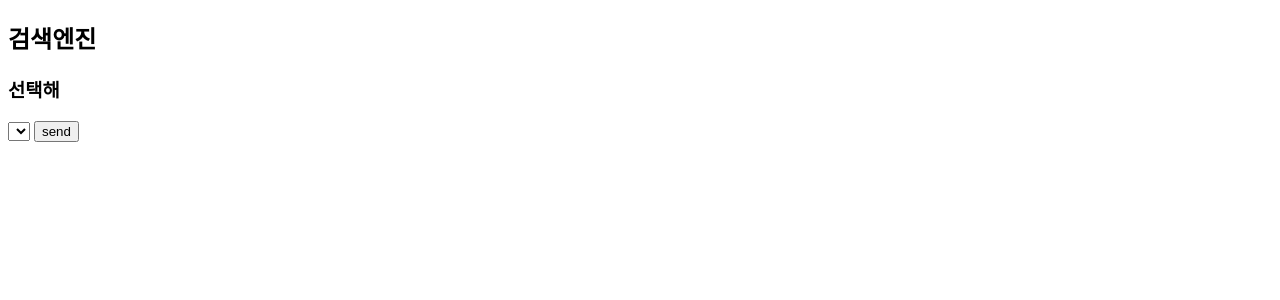
Repository: supremehappy/JSP_test02
Page: http://localhost/test/JSP_Test_04_01.jsp
The author's editor kept a copy of each file at every save. The page is drawn from the files as they stood at one save, then again after the next save.
The browser window is 1280 px wide. The pictures show the whole page.
The page is served by Tomcat 9.

Above is the page before, as saved 2017-07-17 05:06:49.

### test/WebContent/JSP_Test_04_01.jsp
<%@ page language="java" contentType="text/html; charset=UTF-8"
    pageEncoding="UTF-8"%>
<!DOCTYPE html PUBLIC "-//W3C//DTD HTML 4.01 Transitional//EN" "http://www.w3.org/TR/html4/loose.dtd">
<html>
<head>
<meta http-equiv="Content-Type" content="text/html; charset=UTF-8">
<title>Insert title here</title>
</head>
<body>
<h2>검색엔진</h2>
<h3>선택해</h3>
<form action="" method="post">
	<select>
		<option></option>
	</select>
	<input type="submit" value="send"/>
</form>
</body>
</html>

After the next save:
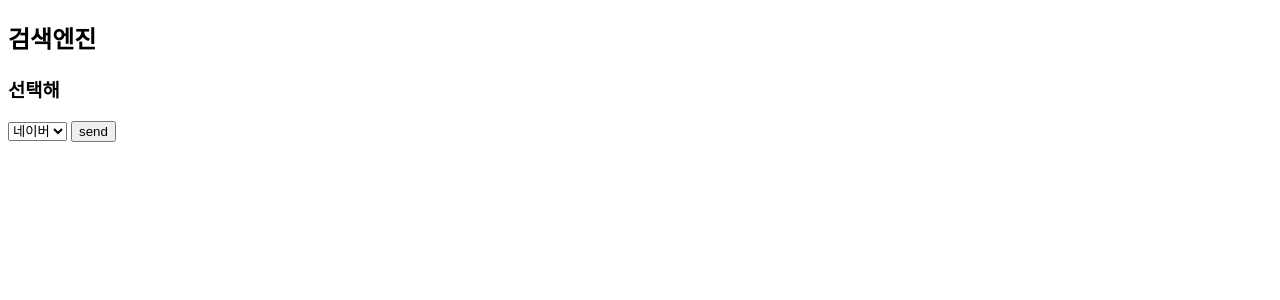
Saved 59 s later.
--- a/test/WebContent/JSP_Test_04_01.jsp
+++ b/test/WebContent/JSP_Test_04_01.jsp
@@ -11,7 +11,9 @@
 <h3>선택해</h3>
 <form action="" method="post">
 	<select>
-		<option></option>
+		<option>네이버</option>
+		<option>다음</option>
+		<option>구글</option>
 	</select>
 	<input type="submit" value="send"/>
 </form>
